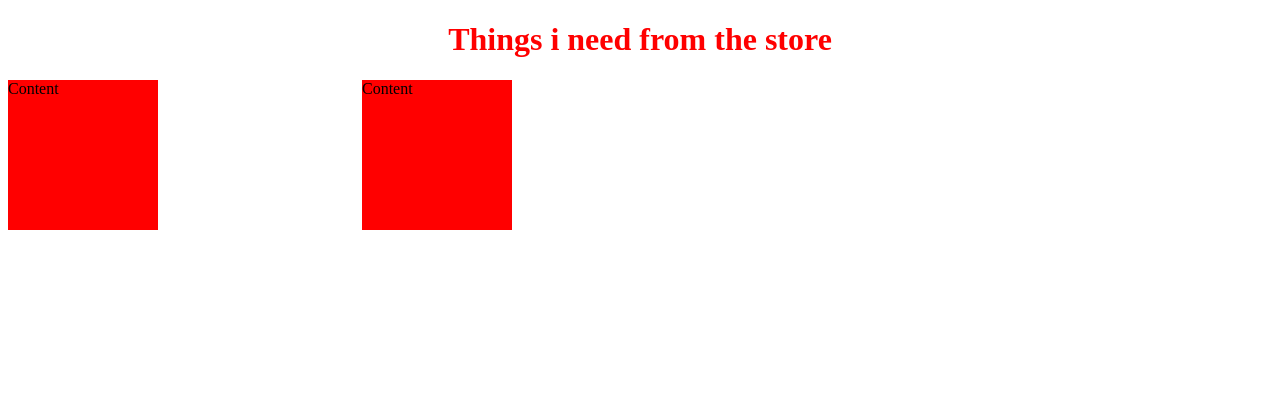
Repository: TheTroyPhillips/Block14
Page: Coursework/Block06/index.html
The author's editor kept a copy of each file at every save. The page is drawn from the files as they stood at one save, then again after the next save.
The browser window is 1280 px wide. The pictures show the whole page.

Above is the page before, as saved 2023-08-29 17:18:21.

After the next save:
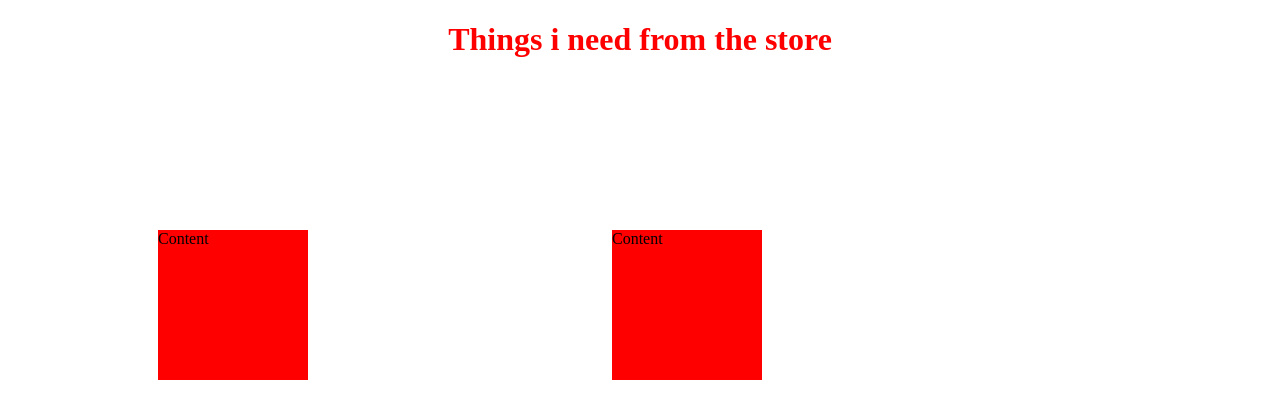
Saved 5 s later.
--- a/Coursework/Block06/styles.css
+++ b/Coursework/Block06/styles.css
@@ -8,7 +8,7 @@ h1 {
     color: black;
     display: inline-block;
     margin-right: 200px;
-    margin: ;
+    margin: 150px;
 }
 .Red{
     background-color: red;
